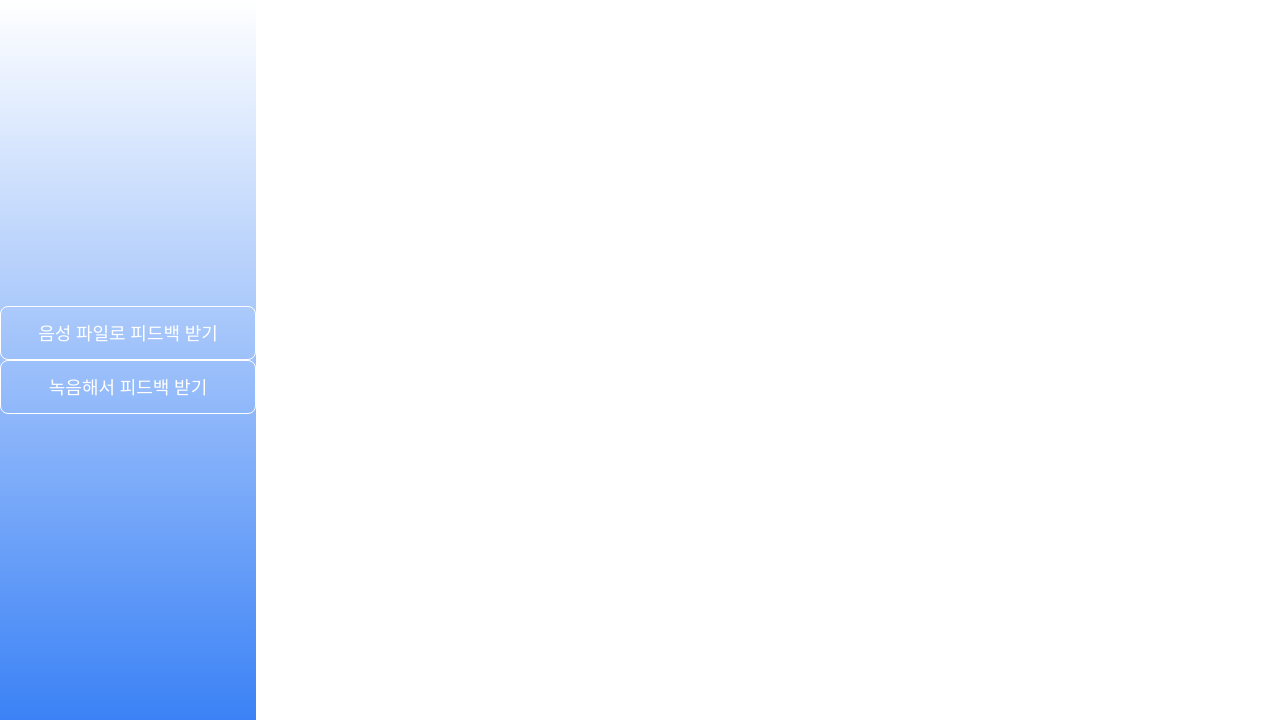
Repository: yurim1205/mini_front
Page: / (app in frontend/)
These files come from the project's save history. The page is drawn as it stood at one moment and after the next save; the edit follows.
The browser window is 1280 px wide. The pictures show the whole page.
The project was rebuilt for these pictures with package versions that can differ from the ones it lists, and the page was loaded fresh each time. Also part of the build but not shown: frontend/vite.config.js.

Above is the page before, as saved 2025-05-13 15:21:08.

After the next save:
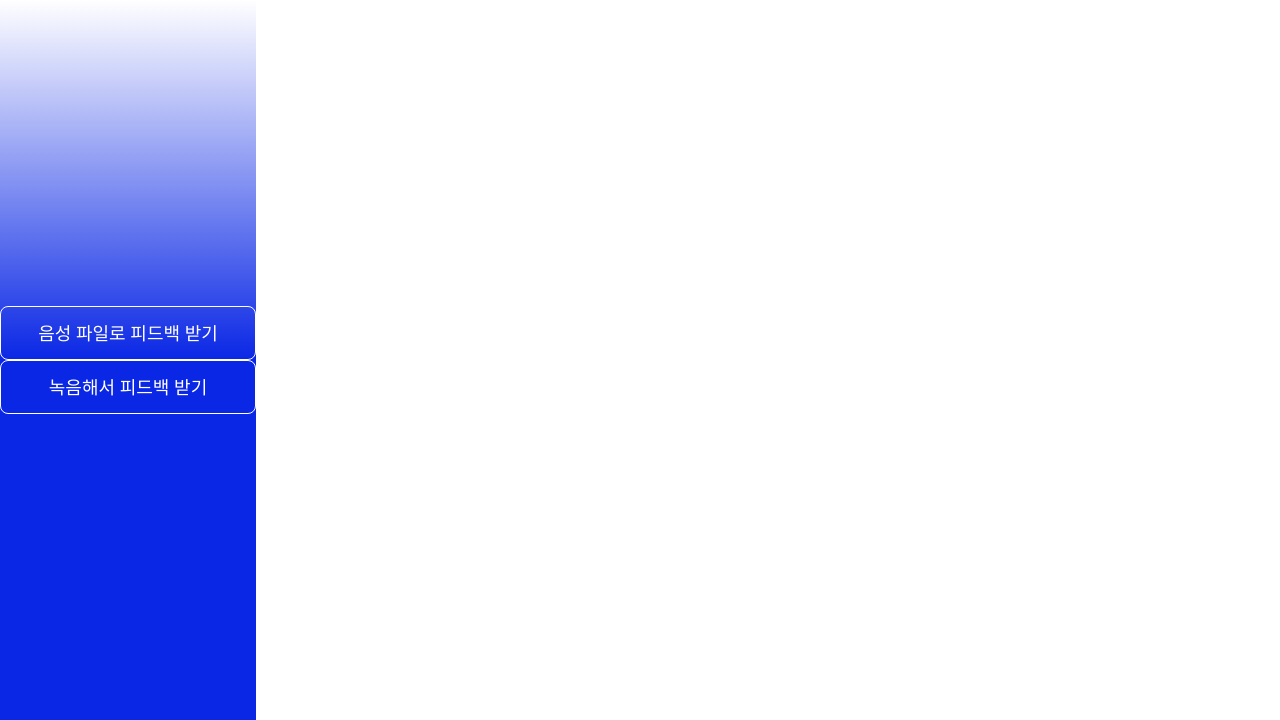
Saved 4 min 50 s later.
--- a/frontend/src/pages/home.jsx
+++ b/frontend/src/pages/home.jsx
@@ -6,7 +6,7 @@
     const navigate = useNavigate();
 
     return(
-        <div className="min-h-screen flex flex-col items-center justify-center bg-gradient-to-b from-white to-blue-500 max-w-[360px] mx-auto">
+        <div className="min-h-screen flex flex-col items-center justify-center bg-gradient-to-b from-white via-main-top to-main-bottom max-w-[360px] mx-auto">
         <FileFeedbackBtn onClick={() => navigate('/file')} />
         <RecordFeedbackBtn onClick={() => navigate('/record')} />
       </div>
